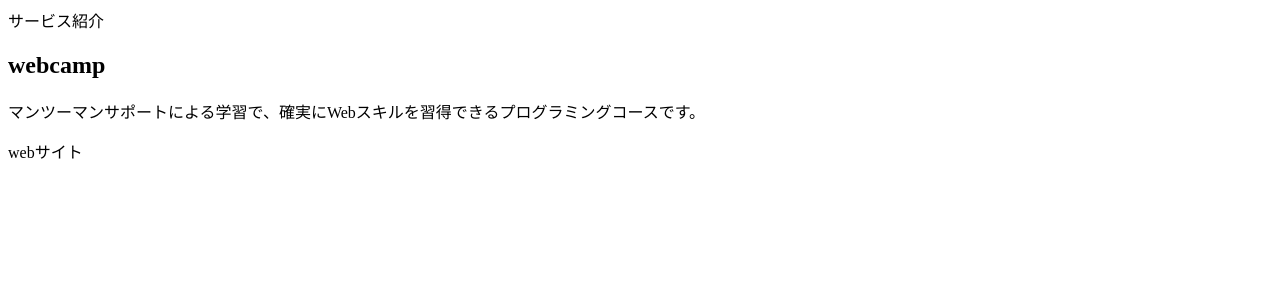
Repository: Y-takumi0/DMMwebcamp
Page: exercise/chapter2.html
The author's editor kept a record of every edit. The page is drawn from the files as they stood at one moment, then again after the next edit.
The browser window is 1280 px wide. The pictures show the whole page.

Above is the page before.

After the next edit:
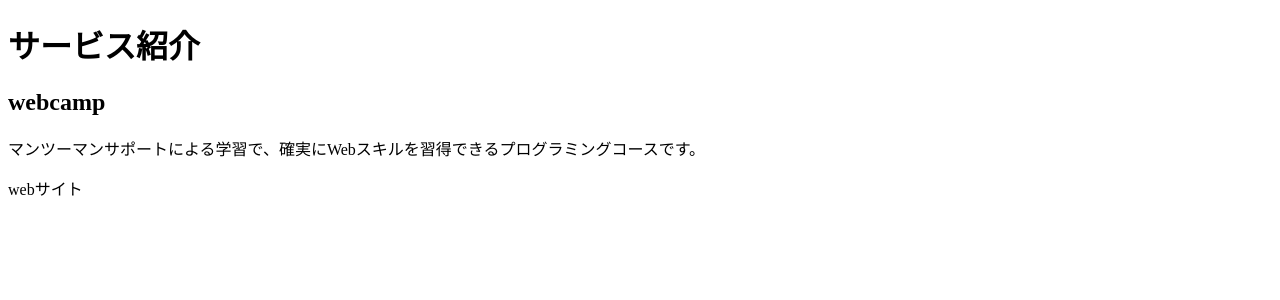
The edit:
--- a/exercise/chapter2.html
+++ b/exercise/chapter2.html
@@ -6,7 +6,7 @@
   </head>
 
   <body>
-    <h1　class="orange-word">サービス紹介</h1>
+    <h1>サービス紹介</h1>
     <h2>webcamp</h2>
     <p>マンツーマンサポートによる学習で、確実にWebスキルを習得できるプログラミングコースです。</p>
     <a>webサイト</a>
